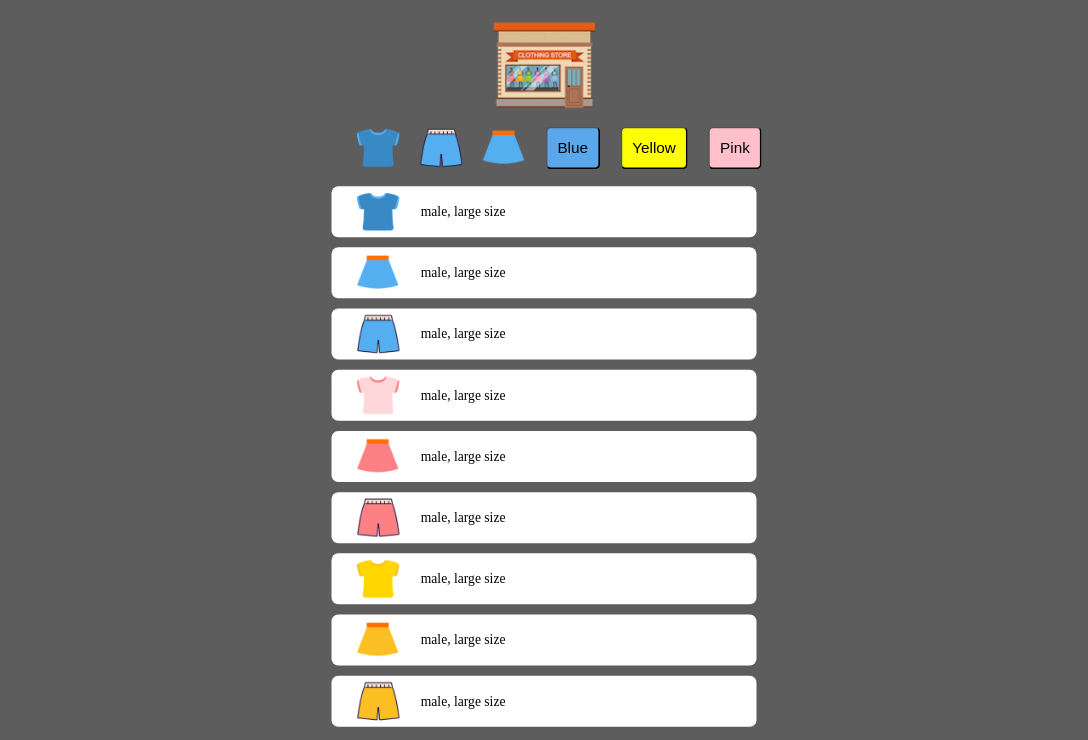
Repository: keehoonjung/Shoppingmall-Game
Page: index.html
An editor plug-in stored every save of this project. The page is shown before and after the next save, followed by the edit.
The browser window is 1280 px wide. The pictures show the whole page, at 85% of full size.

Above is the page before, as saved 2021-08-12 14:48:27.

After the next save:
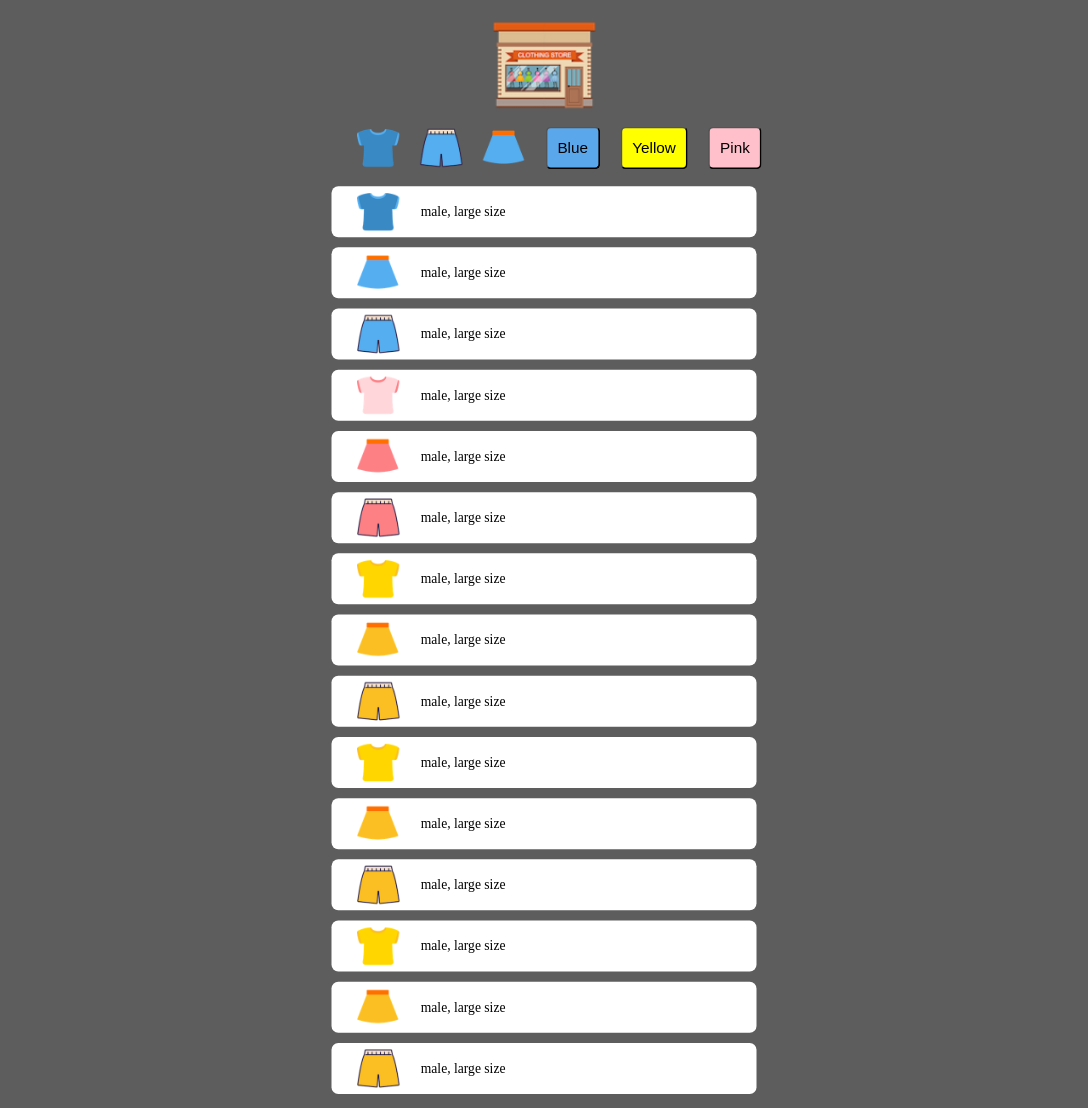
Saved 11 s later.
--- a/index.html
+++ b/index.html
@@ -75,6 +75,30 @@
             <img src="./imgs/yellow_p.png" alt="blueshirt">
             <span>male, large size</span>
         </li>
+        <li class="item visible" data-type="shirt" data-color="yellow">
+            <img src="./imgs/yellow_t.png" alt="blueshirt">
+            <span>male, large size</span>
+        </li>
+        <li class="item visible" data-type="skirt" data-color="yellow">
+            <img src="./imgs/yellow_s.png" alt="blueshirt">
+            <span>male, large size</span>
+        </li>
+        <li class="item visible" data-type="pants" data-color="yellow">
+            <img src="./imgs/yellow_p.png" alt="blueshirt">
+            <span>male, large size</span>
+        </li>
+        <li class="item visible" data-type="shirt" data-color="yellow">
+            <img src="./imgs/yellow_t.png" alt="blueshirt">
+            <span>male, large size</span>
+        </li>
+        <li class="item visible" data-type="skirt" data-color="yellow">
+            <img src="./imgs/yellow_s.png" alt="blueshirt">
+            <span>male, large size</span>
+        </li>
+        <li class="item visible" data-type="pants" data-color="yellow">
+            <img src="./imgs/yellow_p.png" alt="blueshirt">
+            <span>male, large size</span>
+        </li>
     </ul>
 </body>
 </html>
